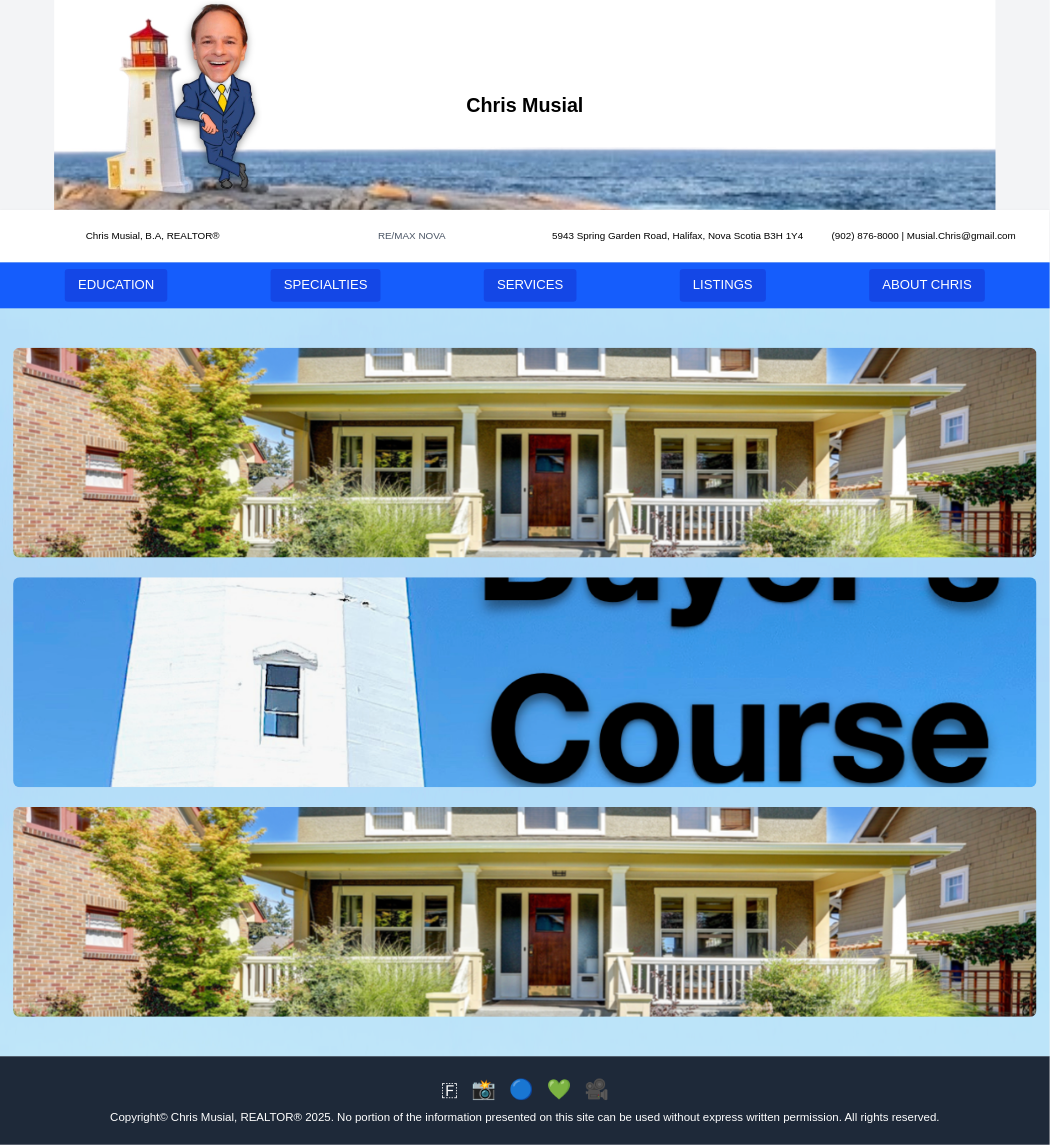
Repository: TMuse333/father-website
Page: / (app in frontend/)
These files come from the project's save history. The page is drawn as it stood at one moment and after the next save; the edit follows.
The browser window is 1280 px wide. The pictures show the whole page, at 82% of full size.
The project was rebuilt for these pictures with package versions that can differ from the ones it lists, and the page was loaded fresh each time. The framework's server and built-in components were replaced by stand-ins that run in the browser. Also part of the build but not shown: frontend/next.config.ts.

Above is the page before, as saved 2025-05-20 16:10:25.

### frontend/src/app/page.tsx
"use client"

import Image from 'next/image';
import { useState } from 'react';
import { Menu, X } from 'lucide-react';

export default function Home() {
  const [isMenuOpen, setIsMenuOpen] = useState(false);

  const toggleMenu = () => {
    setIsMenuOpen(!isMenuOpen);
  };

  return (
    <div className="min-h-screen bg-gray-100 relative text-black flex flex-col">
      {/* Header with Father Cove Image */}
      <header className="relative w-full">
        <div className="relative w-full h-64 flex">
        <h1 className="text-2xl font-bold text-black relative z-[2]
        text-center self-center m-auto">Chris Musial</h1>
          <Image
            src="/father-cove.jpg" // Replace with your header image path
            alt="Chris Musial Realtor"
            fill
            className="object-contain "
          />
        </div>
        <div className="max-w-7xl mx-auto py-6 flex flex-col sm:flex-row justify-between items-center bg-white shadow z-10 relative
        bg-red-200">

          <div className="text-center  flex md:flex-row w-screen
          justify-between items-center
           mx-auto px-2
          ">
            <div className='flex flex-col md:flex-row
            text-xs text-left md:text-center
            md:w-1/2 justify-around'>
            <p>Chris Musial, B.A, REALTOR®</p>
            <p className="text-xs text-gray-600">RE/MAX NOVA</p>
            </div>
            <div className='flex flex-col md:flex-row text-left
            px-4 md:text-center md:w-1/2 justify-around'>
            <p className="text-xs">5943 Spring Garden Road, Halifax, Nova Scotia B3H 1Y4</p>
            <p className="text-xs ">(902) 876-8000 | Musial.Chris@gmail.com</p>
            </div>

          </div>
          {/* <div className="w-24 h-12 relative">
            <Image
              src="/remax-logo.jpg" // Replace with your RE/MAX logo path
              alt="RE/MAX Nova"
              fill
              className="object-contain"
            />
          </div> */}
        </div>
      </header>

      {/* Main Content with Cityscape Background */}
      <div className="relative flex-1 w-full">
        <Image
          src="/portrait.png" // Replace with your cityscape image path
          alt="Cityscape"
          fill
          className="object-cover z-0"
        />

        <div className="relative z-10">
          {/* Navigation */}
          <nav className="bg-blue-600 text-white p-2">
            <div className="max-w-7xl mx-auto px-4">
              {/* Mobile Menu Button */}
              <div className="flex justify-between items-center md:hidden">
                <button onClick={toggleMenu} className="p-2 focus:outline-none">
                  {isMenuOpen ? <X size={24} /> : <Menu size={24} />}
                </button>
              </div>

              {/* Menu Items */}
              <div
                className={`${
                  isMenuOpen ? 'flex' : 'hidden'
                } md:flex flex-col md:flex-row md:justify-around md:space-x-4 space-y-2 md:space-y-0 py-2 md:py-0 transition-all duration-300 ease-in-out`}
              >
                <a
                  href="#education"
                  className="px-4 py-2 bg-blue-700 rounded hover:bg-blue-800 text-center"
                  onClick={() => setIsMenuOpen(false)}
                >
                  EDUCATION
                </a>
                <a
                  href="#specialties"
                  className="px-4 py-2 bg-blue-700 rounded hover:bg-blue-800 text-center"
                  onClick={() => setIsMenuOpen(false)}
                >
                  SPECIALTIES
                </a>
                <a
                  href="#services"
                  className="px-4 py-2 bg-blue-700 rounded hover:bg-blue-800 text-center"
                  onClick={() => setIsMenuOpen(false)}
                >
                  SERVICES
                </a>
                <a
                  href="#listings"
                  className="px-4 py-2 bg-blue-700 rounded hover:bg-blue-800 text-center"
                  onClick={() => setIsMenuOpen(false)}
                >
                  LISTINGS
                </a>
                <a
                  href="#about"
                  className="px-4 py-2 bg-blue-700 rounded hover:bg-blue-800 text-center"
                  onClick={() => setIsMenuOpen(false)}
                >
                  ABOUT CHRIS
                </a>
              </div>
            </div>
          </nav>

          {/* Brochure Section */}
          <section className="max-w-7xl mx-auto px-4 py-12 flex flex-col gap-6">
          {/* <h2 className='text-4xl relative z-2'>Hello!</h2> */}
            <div className="relative h-64">
              <Image
                src="/home.png" // Replace with your "Home Buyer's Course" image path
                alt="Home Buyer's Course"
                fill
                className="object-cover rounded-lg"
              />
            </div>
            <div className="relative h-64">
              <Image
                 src="/buyer.png" // Replace with your "Selling My Home" image path
                alt="Selling My Home"
                fill
                className="object-cover rounded-lg"
              />
            </div>
            <div className="relative h-64">
              <Image
                 src="/home.png" // Replace with your "Selling My Condominium" image path
                alt="Selling My Condominium"
                fill
                className="object-cover rounded-lg"
              />
            </div>
          </section>
        </div>
      </div>

      {/* Footer */}
      <footer className="bg-gray-800 text-white py-6">
        <div className="max-w-7xl mx-auto px-4 flex flex-col items-center">
          <div className="flex space-x-4 mb-2">
            <a href="#"><span className="text-2xl">🇫</span></a>
            <a href="#"><span className="text-2xl">📸</span></a>
            <a href="#"><span className="text-2xl">🔵</span></a>
            <a href="#"><span className="text-2xl">💚</span></a>
            <a href="#"><span className="text-2xl">🎥</span></a>
          </div>
          <p className="text-sm">Copyright© Chris Musial, REALTOR® 2025. No portion of the information presented on this site can be used without express written permission. All rights reserved.</p>
        </div>
      </footer>
    </div>
  );
}

Loaded but not shown: frontend/src/app/layout.tsx (common file); frontend/src/app/globals.css (common file)

After the next save:
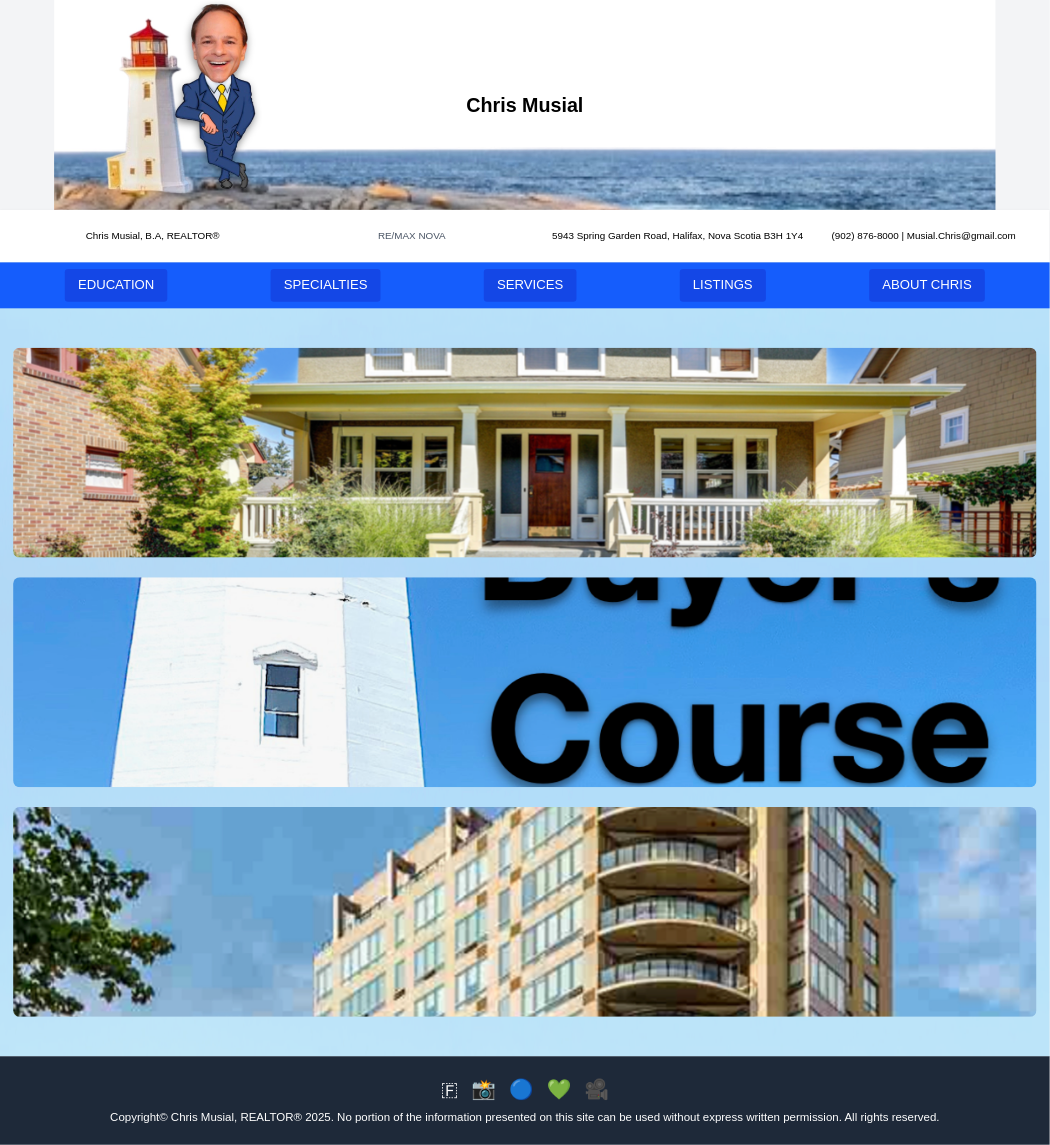
Saved 4 s later.
--- a/frontend/src/app/page.tsx
+++ b/frontend/src/app/page.tsx
@@ -142,7 +142,7 @@
             </div>
             <div className="relative h-64">
               <Image
-                 src="/home.png" // Replace with your "Selling My Condominium" image path
+                 src="/condo.png" // Replace with your "Selling My Condominium" image path
                 alt="Selling My Condominium"
                 fill
                 className="object-cover rounded-lg"
